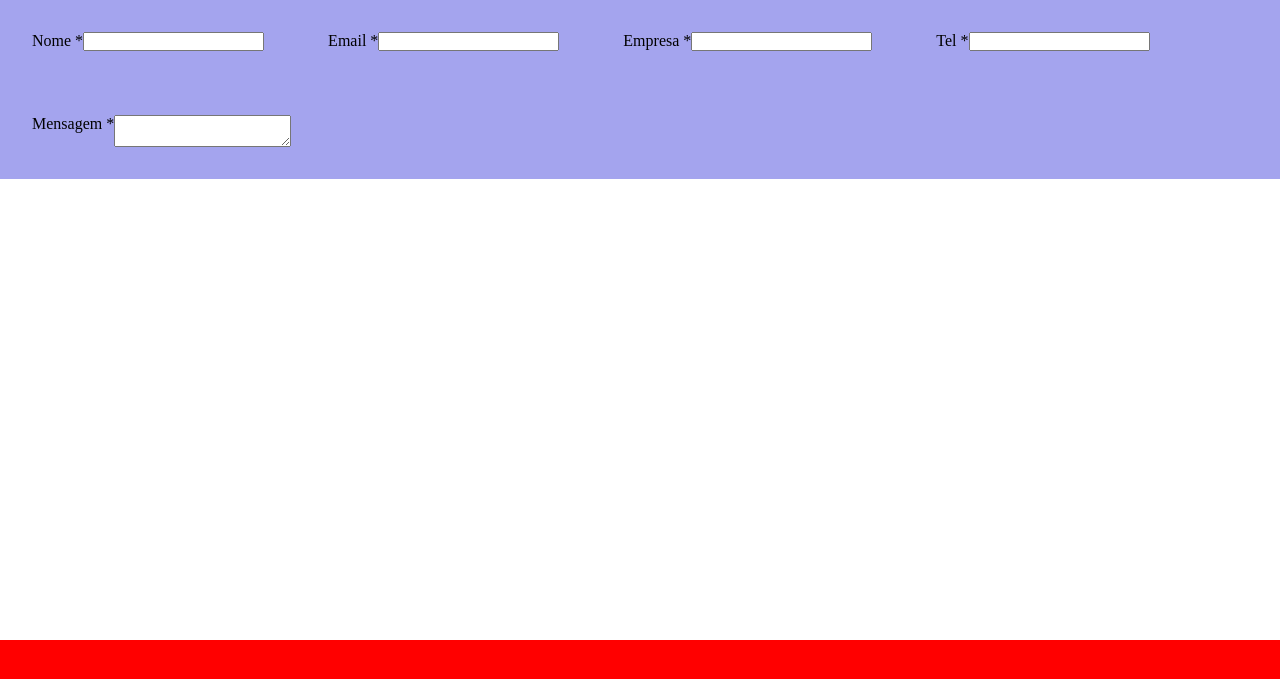
Repository: ecrseer/contatenos-html-js
Page: contatenos.html
These files come from the project's save history. The page is drawn as it stood at one moment and after the next save; the edit follows.
The browser window is 1280 px wide. The pictures show the whole page.

Above is the page before, as saved 2021-12-27 14:54:19.

After the next save:
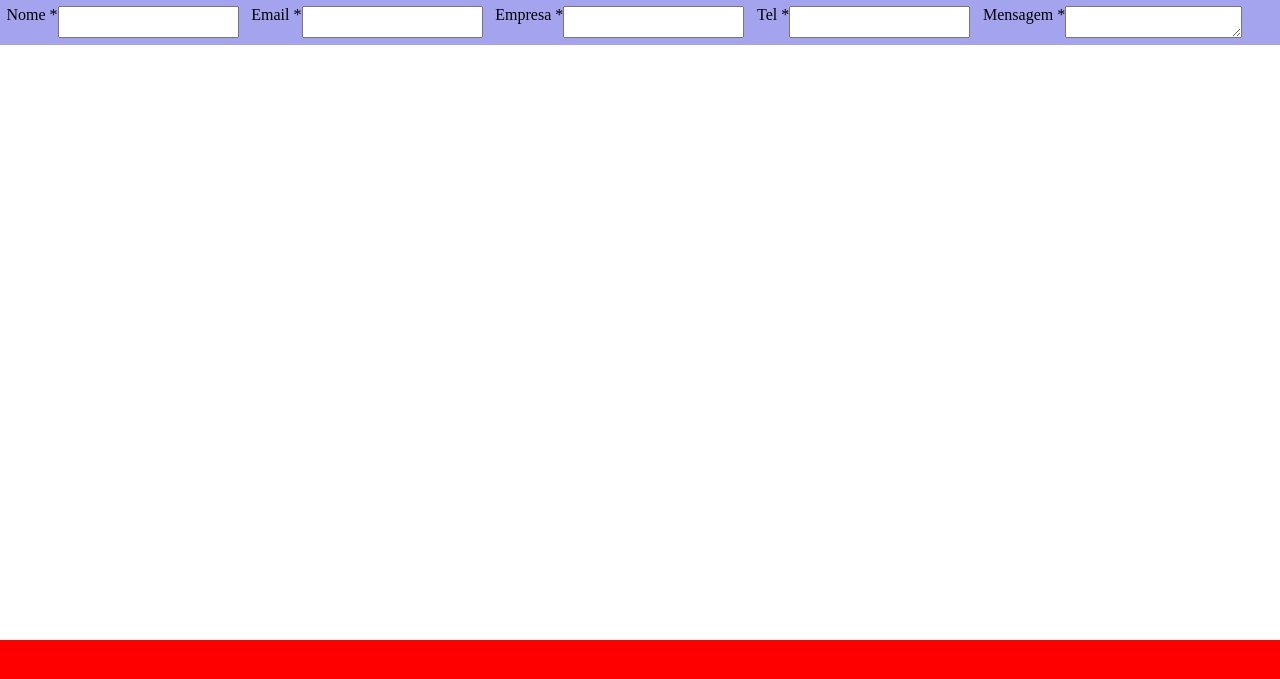
Saved 4 s later.
--- a/contatenos.css
+++ b/contatenos.css
@@ -9,7 +9,7 @@
 }
 .inputdiv{
     display: flex;
-    margin: 2em;
+    margin: 0.4em;
 }
 .bottomnav{
     background: red;
